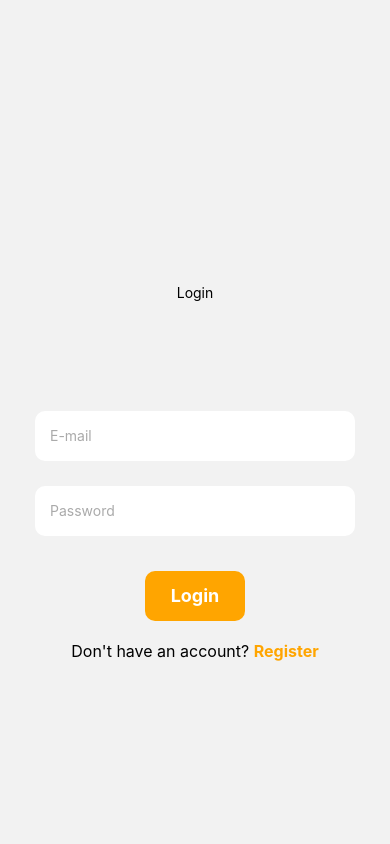
Repository: ds-mbappe/UpShoCal
Screen: /
An editor plug-in stored every save of this project. The screen is shown before and after a run of saves, followed by the edit.
The app was drawn by React Native's web renderer in a window 390 px wide. The project was rebuilt for these pictures with package versions that can differ from the ones it lists, and the page was loaded fresh each time. Also part of the build but not shown: data.js, Screens/Home.js, Screens/Product.js, Screens/Registration.js.

Above is the screen before, as saved 2022-06-07 13:51:28.

### App.js
import React, { useEffect, useState } from "react";
import { NavigationContainer } from "@react-navigation/native";
import { createNativeStackNavigator } from "@react-navigation/native-stack";
import { createDrawerNavigator } from "@react-navigation/drawer";
import Home from "./Screens/Home";
import Product from "./Screens/Product";
import Login from "./Screens/Login";
import Registration from "./Screens/Registration";

const Stack = createNativeStackNavigator();
const Drawer = createDrawerNavigator();

const Root = () => {
  return (
    <Stack.Navigator initialRouteName="Home">
      <Stack.Screen
        name="Root"
        component={Home}
        options={{ headerShown: false }}
      />
      <Stack.Screen
        name="Product"
        component={Product}
        options={{ headerShown: false }}
      />
    </Stack.Navigator>
  );
};

export default function App() {
  const [loading, setLoading] = useState(true);

  const [user, setUser] = useState(null);

  return (
    <NavigationContainer>
      <Stack.Navigator>
        {user ? (
          <Stack.Screen
            name="Root"
            component={Root}
            options={{ headerShown: false }}
          />
        ) : (
          <>
            <Stack.Screen
              name="Login"
              component={Login}
              options={{ headerShown: false }}
            />
            <Stack.Screen
              name="Registration"
              component={Registration}
              options={{ headerShown: false }}
            />
          </>
        )}
      </Stack.Navigator>
    </NavigationContainer>
    // <NavigationContainer>
    //   <Drawer.Navigator screenOptions={{ drawerPosition: "right" }}>
    //     <Drawer.Screen
    //       name="Home"
    //       component={Root}
    //       options={{ headerShown: false }}
    //     />
    //   </Drawer.Navigator>
    // </NavigationContainer>
  );
}

### Screens/Login.js
import {
  StyleSheet,
  Text,
  TextInput,
  TouchableOpacity,
  View,
  ScrollView,
} from "react-native";
import React, { useState } from "react";

const Login = ({ navigation }) => {
  const [email, setEmail] = useState("");

  const [password, setPassword] = useState("");

  const onFooterLinkPress = () => {
    navigation.navigate("Registration");
  };

  const onLoginPress = () => {
    console.log("Pressed");
  };

  return (
    <ScrollView
      style={{ flex: 1, width: "100%" }}
      contentContainerStyle={{ flexGrow: 1, justifyContent: "center" }}
    >
      <View style={styles.container}>
        <Text style={{ marginTop: 100, marginBottom: 100 }}>Login</Text>
        <TextInput
          style={styles.input}
          placeholder="E-mail"
          placeholderTextColor="#AAAAAA"
          onChangeText={(text) => setEmail(text)}
          value={email}
          autoCapitalize="none"
        />
        <TextInput
          style={styles.input}
          placeholder="Password"
          placeholderTextColor="#AAAAAA"
          secureTextEntry={true}
          onChangeText={(text) => setPassword(text)}
          value={password}
          autoCapitalize="none"
        />
        <TouchableOpacity style={styles.button} onPress={() => onLoginPress()}>
          <Text style={styles.buttonTitle}>Login</Text>
        </TouchableOpacity>
        <View style={styles.footerView}>
          <Text style={styles.footerText}>
            Don't have an account?{" "}
            <Text style={styles.footerLink} onPress={onFooterLinkPress}>
              Register
            </Text>
          </Text>
        </View>
      </View>
    </ScrollView>
  );
};

export default Login;

const styles = StyleSheet.create({
  container: {
    flex: 1,
    justifyContent: "center",
    alignItems: "center",
  },
  input: {
    width: 320,
    height: 50,
    borderRadius: 10,
    overflow: "hidden",
    backgroundColor: "white",
    marginTop: 10,
    marginBottom: 15,
    marginStart: 30,
    marginEnd: 30,
    paddingStart: 15,
  },
  button: {
    backgroundColor: "orange",
    marginStart: 30,
    marginEnd: 30,
    marginTop: 20,
    borderRadius: 10,
    width: 100,
    height: 50,
    justifyContent: "center",
    alignItems: "center",
  },
  buttonTitle: {
    color: "white",
    fontSize: 18,
    fontWeight: "bold",
  },
  footerView: {
    justifyContent: "center",
    alignItems: "center",
    marginTop: 20,
  },
  footerText: {
    fontSize: 16,
    color: "black",
  },
  footerLink: {
    color: "orange",
    fontWeight: "bold",
    fontSize: 16,
  },
});

After the next 2 saves:
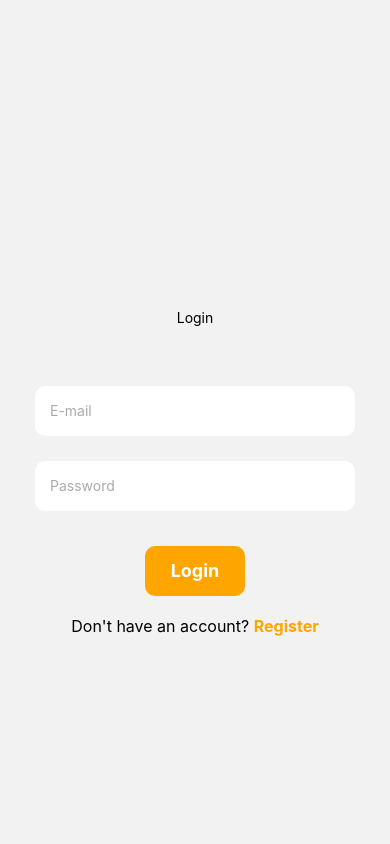
The 2 saves are shown as one change because they came seconds apart.
The last was saved 9 s later.
--- a/Screens/Login.js
+++ b/Screens/Login.js
@@ -27,7 +27,7 @@ const Login = ({ navigation }) => {
       contentContainerStyle={{ flexGrow: 1, justifyContent: "center" }}
     >
       <View style={styles.container}>
-        <Text style={{ marginTop: 100, marginBottom: 100 }}>Login</Text>
+        <Text style={{ marginTop: 100, marginBottom: 50 }}>Login</Text>
         <TextInput
           style={styles.input}
           placeholder="E-mail"
